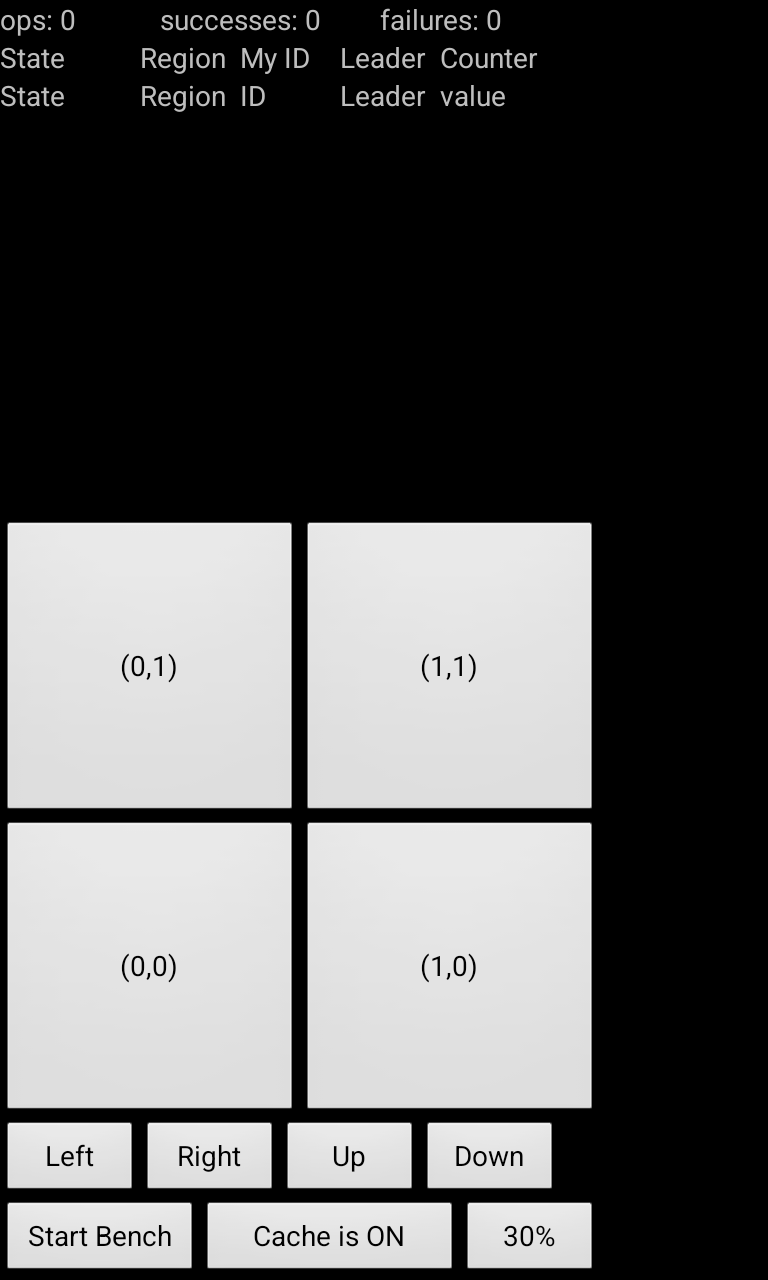
Repository: jasongao/csmcode
Layout: current/workspace/VNConsistent/res/layout/main.xml
The author's editor kept a copy of each file at every save. The layout is drawn from the files as they stood at one save, then again after the next save.
It is drawn on a 768 x 1280 px phone screen (xhdpi) without system bars, with theme android:Theme; the app's code is not run. Lists and similar views that code fills are empty.

Above is the layout before, as saved 2011-07-17 15:37:28.

After the next save:
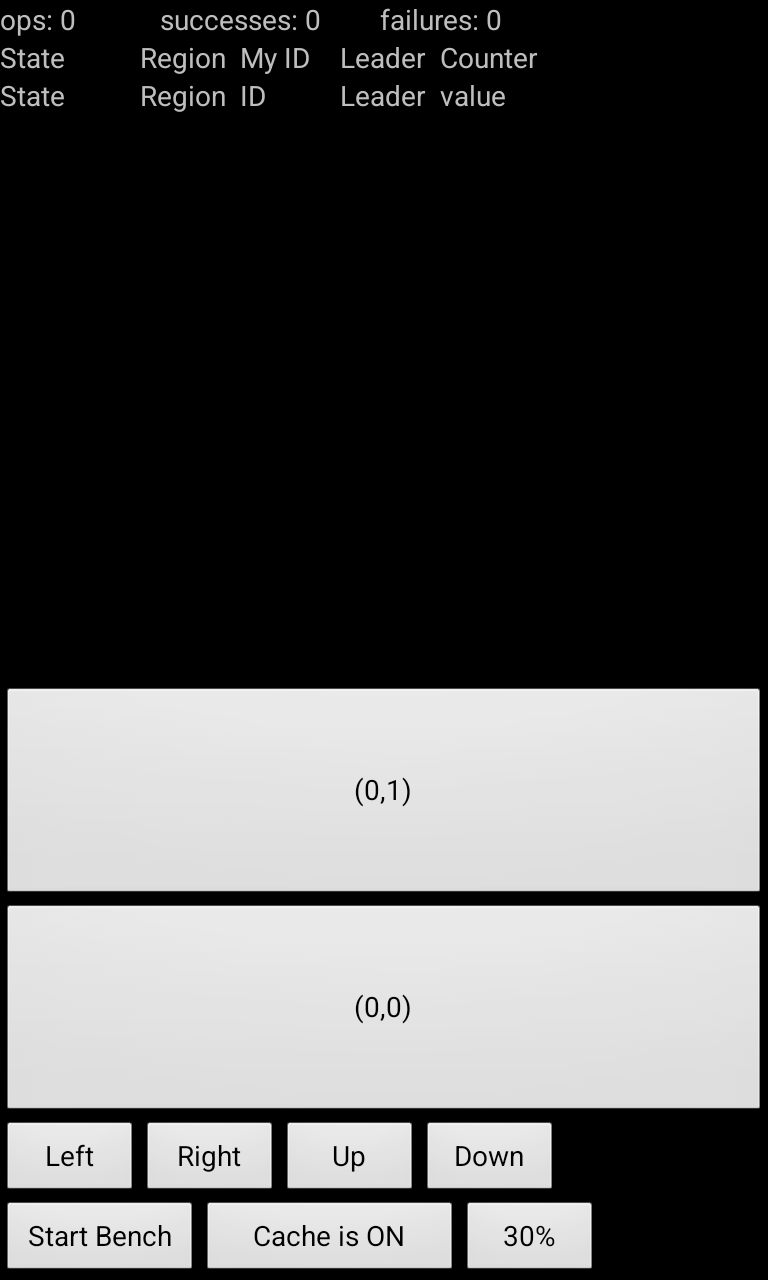
Saved 44 s later.
--- a/current/workspace/VNConsistent/res/layout/main.xml
+++ b/current/workspace/VNConsistent/res/layout/main.xml
@@ -49,18 +49,18 @@
 		android:orientation="horizontal" android:layout_height="wrap_content"
 		android:id="@+id/RegionButton1Layout">
 		<Button android:text="(0,1)" android:id="@+id/up_button"
-			android:layout_width="150dip" android:layout_height="150dip" />
+			android:layout_width="fill_parent" android:layout_height="fill_parent" />
 		<Button android:text="(1,1)" android:id="@+id/down_button"
-			android:layout_width="150dip" android:layout_height="150dip" />
+			android:layout_width="fill_parent" android:layout_height="fill_parent" />
 	</LinearLayout>
 
 	<LinearLayout android:layout_width="fill_parent"
 		android:orientation="horizontal" android:layout_height="wrap_content"
 		android:id="@+id/RegionButton2Layout">
 		<Button android:text="(0,0)" android:id="@+id/up_button"
-			android:layout_width="150dip" android:layout_height="150dip" />
+			android:layout_width="fill_parent" android:layout_height="fill_parent" />
 		<Button android:text="(1,0)" android:id="@+id/down_button"
-			android:layout_width="150dip" android:layout_height="150dip" />
+			android:layout_width="fill_parent" android:layout_height="fill_parent" />
 	</LinearLayout>
 
 	<LinearLayout android:layout_width="fill_parent"
